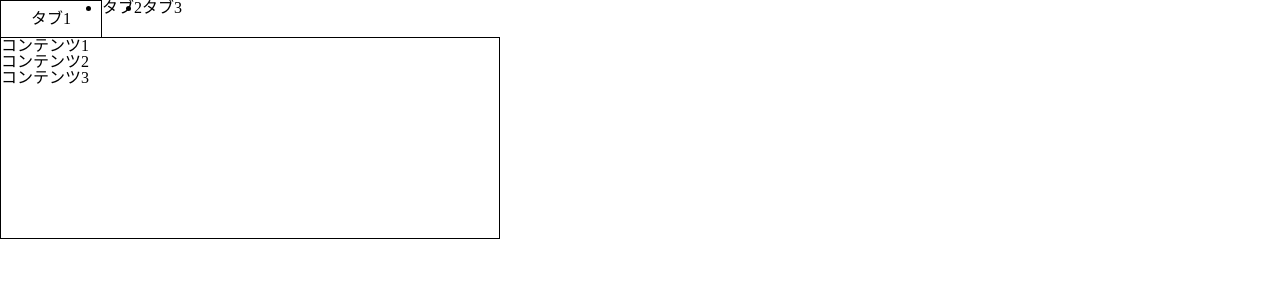
Repository: masanarimiura/20220617_miura
Page: index.html
The author's editor kept a copy of each file at every save. The page is drawn from the files as they stood at one save, then again after the next save.
The browser window is 1280 px wide. The pictures show the whole page.

Above is the page before, as saved 2022-06-17 17:52:30.

After the next save:
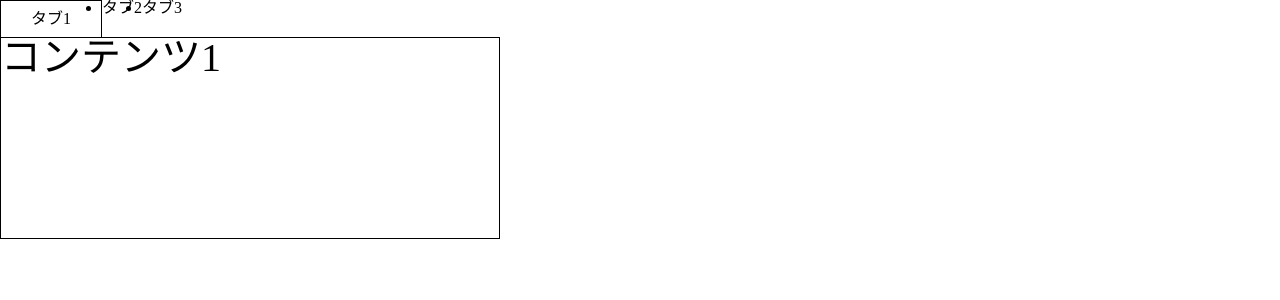
Saved 17 s later.
--- a/index.html
+++ b/index.html
@@ -207,7 +207,7 @@
       border: 1px solid #000;
     }
 
-    .tabMenuItemItem {
+    .tabContentItem {
       display: none;
       font-size: 40px;
     }
@@ -245,7 +245,7 @@
       methods: {
         changeClassName1() {
           this.tabMenuItem = 'tabMenuItem active';
-          this.tabMenuItemItem = 'tabMenuItemItem active';
+          this.tabMenuItemItem = 'tabContentItem active';
         }
       }
     });
